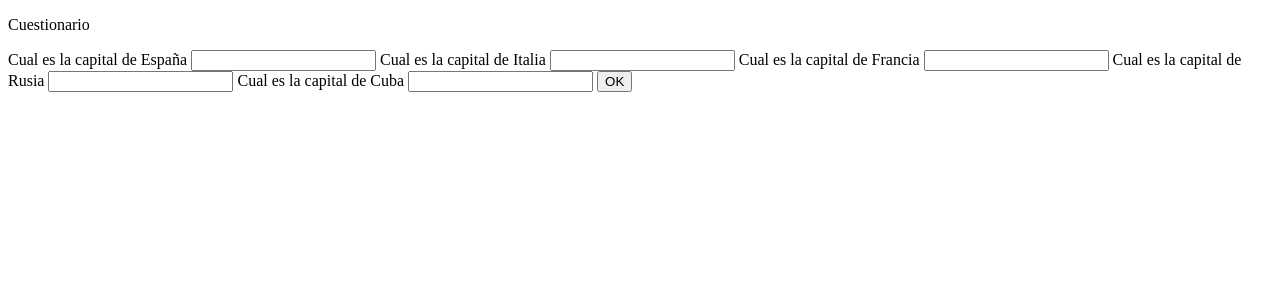
Repository: Matmart13/Acceso-a-Datos-2
Page: http://localhost/JSP1/Ejercicio4.jsp
The author's editor kept a copy of each file at every save. The page is drawn from the files as they stood at one save, then again after the next save.
The browser window is 1280 px wide. The pictures show the whole page.
The page is served by Tomcat 9.

Above is the page before, as saved 2023-01-30 15:01:40.

### JSP1/src/main/webapp/Ejercicio4.jsp
<%-- Ejercicio 5.jsp --%>
<%@page contentType="text/html" pageEncoding="UTF-8"%>
<!DOCTYPE html>
<html>
<head>
<meta http-equiv="Content-Type" content="text/html; charset=UTF-8">
</head>
<body>
<p>Cuestionario</p>
<form method="get" action="resultadoEj4.jsp">
Cual es la capital de España
<input type="text" name="España">
Cual es la capital de Italia
<input type="text" name="Italia">
Cual es la capital de Francia
<input type="text" name="Francia">
Cual es la capital de Rusia
<input type="text" name="Rusia">
Cual es la capital de Cuba
<input type="text" name="Cuba">
<input type="submit" value="OK">
</form>
</body>
</html>

After the next save:
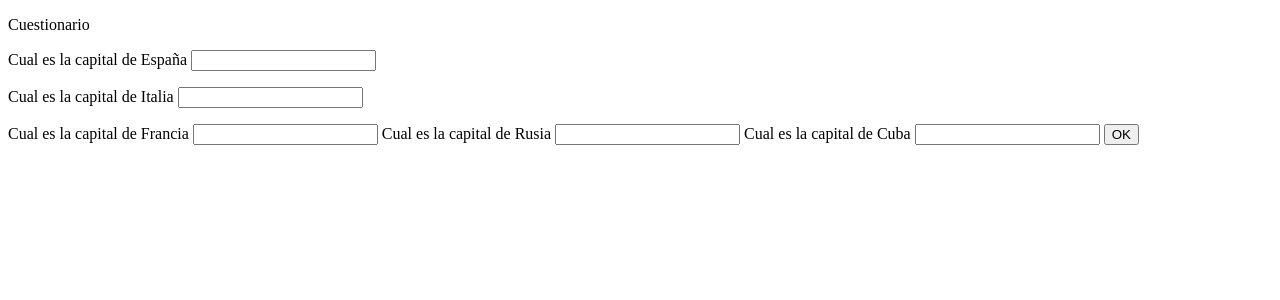
Saved 34 s later.
--- a/JSP1/src/main/webapp/Ejercicio4.jsp
+++ b/JSP1/src/main/webapp/Ejercicio4.jsp
@@ -8,10 +8,10 @@
 <body>
 <p>Cuestionario</p>
 <form method="get" action="resultadoEj4.jsp">
-Cual es la capital de España
-<input type="text" name="España">
-Cual es la capital de Italia
-<input type="text" name="Italia">
+<p>Cual es la capital de España
+<input type="text" name="España"></p>
+<p>Cual es la capital de Italia
+<input type="text" name="Italia"></p>
 Cual es la capital de Francia
 <input type="text" name="Francia">
 Cual es la capital de Rusia
